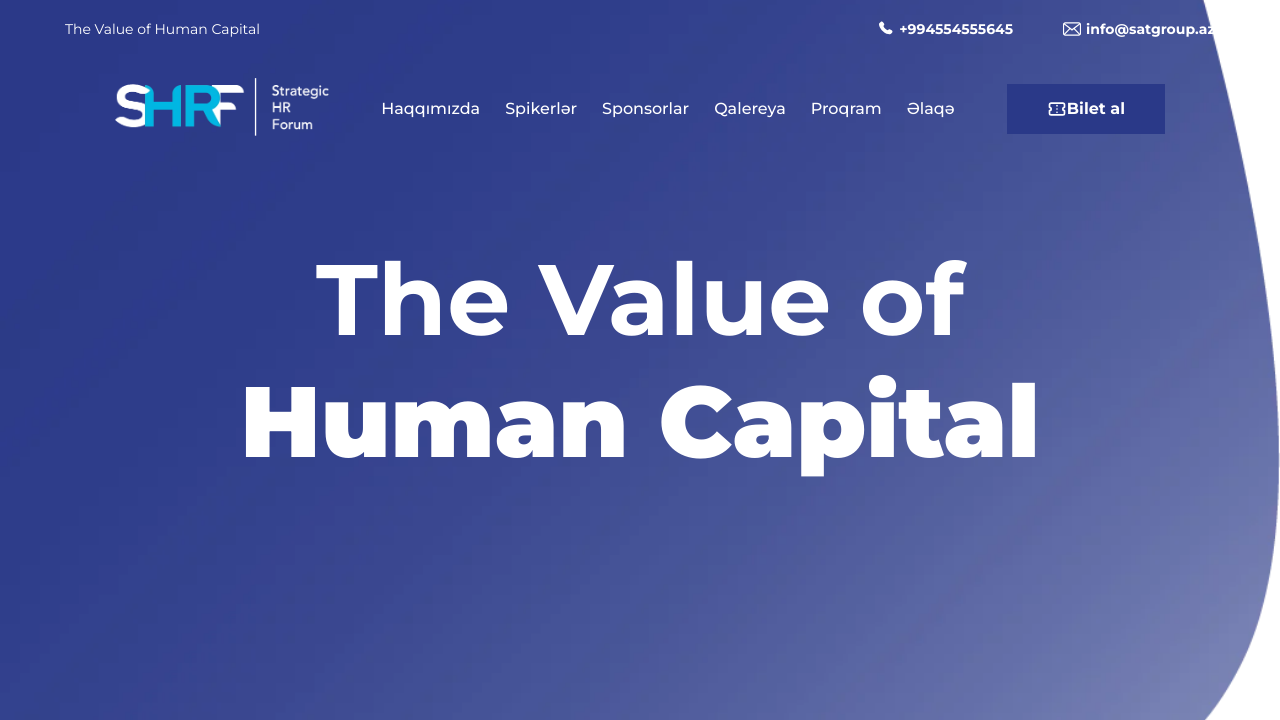
Repository: allahverdiyevabdulhasan/shrf
Page: /
These files come from the project's save history. The page is drawn as it stood at one moment and after a run of saves; the edit follows.
The browser window is 1280 px wide. The pictures show the whole page.
The project was rebuilt for these pictures with package versions that can differ from the ones it lists, and the page was loaded fresh each time. Also part of the build but not shown: vite.config.js, src/App.css.

Above is the page before, as saved 2024-08-16 10:16:14.

After the next 2 saves:
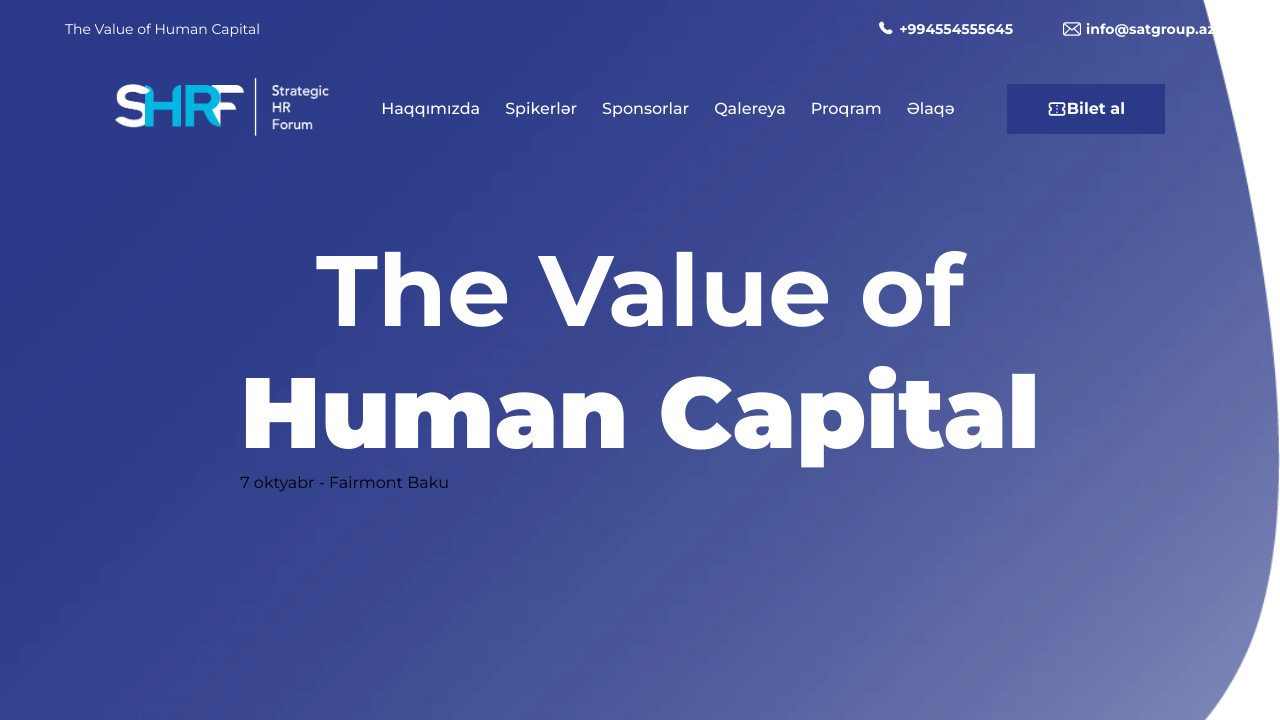
The 2 saves are shown as one change because they came seconds apart.
The last was saved 36 s later.
--- a/src/components/Intro/index.jsx
+++ b/src/components/Intro/index.jsx
@@ -11,6 +11,8 @@ export default function Intro() {
                     <br />
                     <span>Human Capital</span>
                 </h1>
+
+                <p>7 oktyabr - Fairmont Baku</p>
             </div>
         </div>
     )
